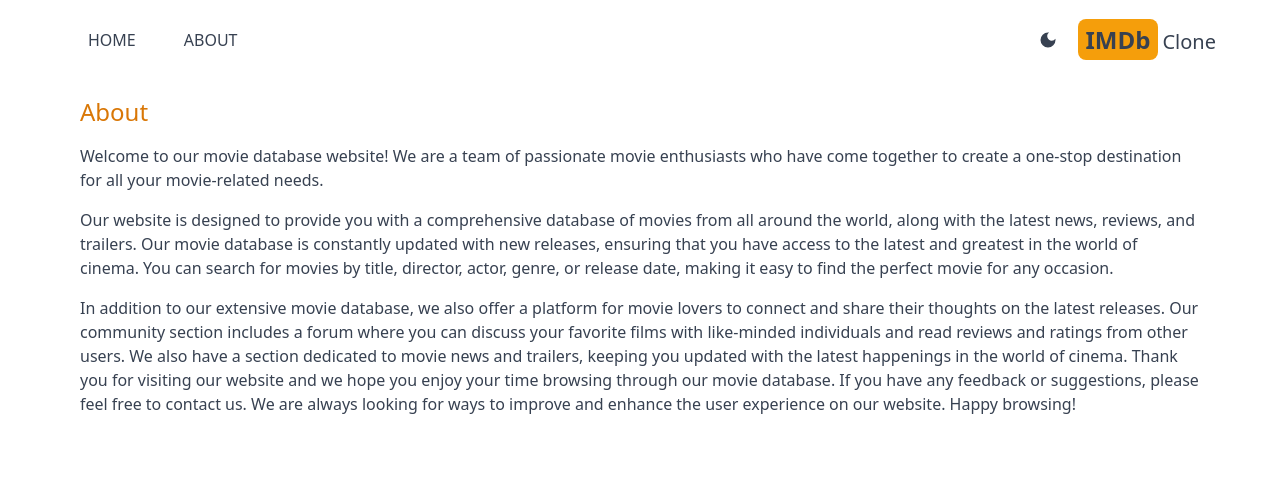
Repository: dnjfht/imdb
Page: /about
These files come from the project's save history. The page is drawn as it stood at one moment and after the next save; the edit follows.
The browser window is 1280 px wide. The pictures show the whole page.
The project was rebuilt for these pictures with package versions that can differ from the ones it lists, and the page was loaded fresh each time. The framework's server and built-in components were replaced by stand-ins that run in the browser. Also part of the build but not shown: next.config.js.

Above is the page before, as saved 2023-10-02 12:57:42.

### src/app/layout.js
import Providers from "./Providers";
import Header from "./components/Header";
import Navbar from "./components/Navbar";
import "./globals.css";

export const metadata = {
  title: "IMDb Clobe",
  description: "This is the IMDb clone website",
};

export default function RootLayout({ children }) {
  return (
    <html lang="en">
      <head>
        <link rel="icon" href="/favicon.ico" />
      </head>

      <body>
        <Providers>
          {/* Header */}
          <Header />

          {/* Navbar */}
          <Navbar />

          {/* SearchBox */}

          {children}
        </Providers>
      </body>
    </html>
  );
}

### src/app/about/page.js
export default function About() {
  return (
    <div className="max-w-6xl sm:mx-auto p-4 space-y-4">
      <h1 className="text-2xl font-medium text-amber-600">About</h1>

      <p>
        Welcome to our movie database website! We are a team of passionate movie
        enthusiasts who have come together to create a one-stop destination for
        all your movie-related needs.
      </p>

      <p>
        Our website is designed to provide you with a comprehensive database of
        movies from all around the world, along with the latest news, reviews,
        and trailers. Our movie database is constantly updated with new
        releases, ensuring that you have access to the latest and greatest in
        the world of cinema. You can search for movies by title, director,
        actor, genre, or release date, making it easy to find the perfect movie
        for any occasion.
      </p>

      <p>
        In addition to our extensive movie database, we also offer a platform
        for movie lovers to connect and share their thoughts on the latest
        releases. Our community section includes a forum where you can discuss
        your favorite films with like-minded individuals and read reviews and
        ratings from other users. We also have a section dedicated to movie news
        and trailers, keeping you updated with the latest happenings in the
        world of cinema. Thank you for visiting our website and we hope you
        enjoy your time browsing through our movie database. If you have any
        feedback or suggestions, please feel free to contact us. We are always
        looking for ways to improve and enhance the user experience on our
        website. Happy browsing!
      </p>
    </div>
  );
}

### src/app/Providers.jsx
"use client";

import { ThemeProvider } from "next-themes";

export default function Providers({ children }) {
  return (
    <ThemeProvider enableSystem={true} attribute="class">
      <div className="dark:bg-gray-700 dark:text-gray-200 text-gray-700 transition-color duration-300 min-h-screen select-none">
        {children}
      </div>
    </ThemeProvider>
  );
}

### src/app/components/Header.jsx
import Link from "next/link";
import MenuItem from "./MenuItem";

import { AiFillHome } from "react-icons/ai";
import { HiInformationCircle } from "react-icons/hi";
import DarkModeSwitch from "./DarkModeSwitch";

export default function Header() {
  return (
    <div className="flex items-center justify-between mx-2 max-w-6xl sm:mx-auto py-6">
      <div className="flex">
        <MenuItem title="HOME" address="/" Icon={AiFillHome} />
        <MenuItem title="ABOUT" address="/about" Icon={HiInformationCircle} />
      </div>

      <div className="flex items-center space-x-5">
        <DarkModeSwitch />

        <Link href="/">
          <h2 className="text-2xl">
            <span className="font-bold bg-amber-500 py-1 px-2 rounded-lg mr-1">
              IMDb
            </span>
            <span className="text-xl hidden sm:inline">Clone</span>
          </h2>
        </Link>
      </div>
    </div>
  );
}

### src/app/components/Navbar.jsx
import NavbarItem from "./NavbarItem";

export default function Navbar() {
  return (
    <div>
      <NavbarItem title="Trending" address="/trending" />
      <NavbarItem title="Top Rated" address="/top rated" />
    </div>
  );
}

### src/app/components/MenuItem.jsx
import Link from "next/link";

export default function MenuItem({ title, address, Icon }) {
  return (
    <div>
      <Link href={address} className="mx-4 lg:mx-6 hover:text-amber-600">
        {/* 페이지를 새로 고치지 않고 해당 웹사이트, 해당 URL로 이동. */}
        <Icon className="text-2xl sm:hidden mx-4" />
        <p className="hidden sm:inline my-2 text-small">{title}</p>
      </Link>
    </div>
  );
}

### src/app/components/DarkModeSwitch.jsx
"use client";

import { useTheme } from "next-themes";
import { useEffect, useState } from "react";
import { MdDarkMode } from "react-icons/md";
import { MdLightMode } from "react-icons/md";

export default function DarkModeSwitch() {
  const { systemTheme, theme, setTheme } = useTheme();
  const [mounted, setMounted] = useState(false);

  useEffect(() => setMounted(true), []);

  const currentTheme = theme === "system" ? systemTheme : theme;

  return (
    <>
      {mounted &&
        (currentTheme === "dark" ? (
          <MdLightMode
            className="text-xl cursor-pointer hover:text-amber-500"
            onClick={() => {
              setTheme("light");
            }}
          />
        ) : (
          <MdDarkMode
            className="text-xl cursor-pointer hover:text-amber-500"
            onClick={() => {
              setTheme("dark");
            }}
          />
        ))}
    </>
  );
}

### src/app/components/NavbarItem.jsx
export default function NavbarItem({ title, address }) {
  return <div></div>;
}

Loaded but not shown: src/app/globals.css (common file); tailwind.config.js (common file)

After the next save:
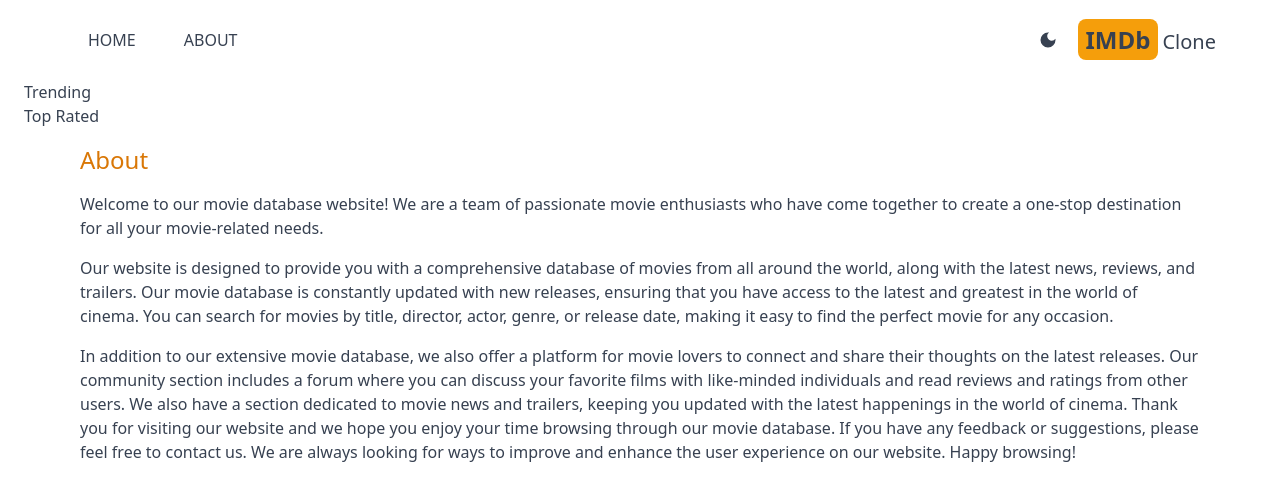
Saved 83 s later.
--- a/src/app/components/NavbarItem.jsx
+++ b/src/app/components/NavbarItem.jsx
@@ -1,3 +1,13 @@
+import Link from "next/link";
+
 export default function NavbarItem({ title, address }) {
-  return <div></div>;
+  return (
+    <div>
+      <Link href={address} className="mx-4 lg:mx-6 hover:text-amber-600">
+        {/* 페이지를 새로 고치지 않고 해당 웹사이트, 해당 URL로 이동. */}
+        {/*<Icon className="text-2xl sm:hidden mx-4" />*/}
+        <p className="hidden sm:inline my-2 text-small">{title}</p>
+      </Link>
+    </div>
+  );
 }
